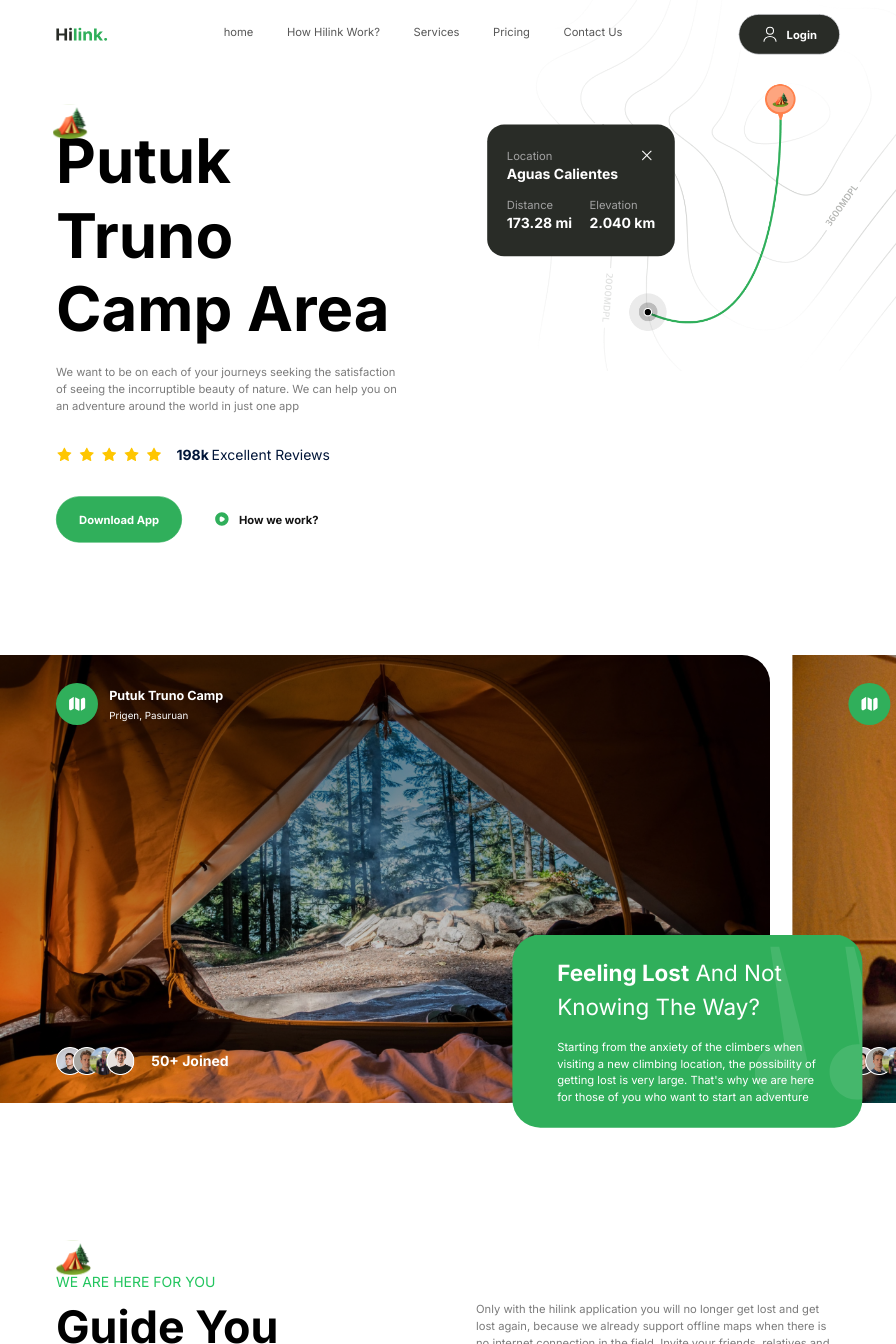
Repository: abdulrahmanmahmood/Travel-App
Page: /
The author's editor kept a copy of each file at every save. The page is drawn from the files as they stood at one save, then again after the next save.
The browser window is 1280 px wide. The pictures show the part of the page from y = 0 to 1920 px (the page is 4955 px tall), at 70% of full size.
The project was rebuilt for these pictures with package versions that can differ from the ones it lists, and the page was loaded fresh each time. The framework's server and built-in components were replaced by stand-ins that run in the browser. Also part of the build but not shown: next.config.js.

Above is the page before, as saved 2023-11-10 10:59:39.

After the next save:
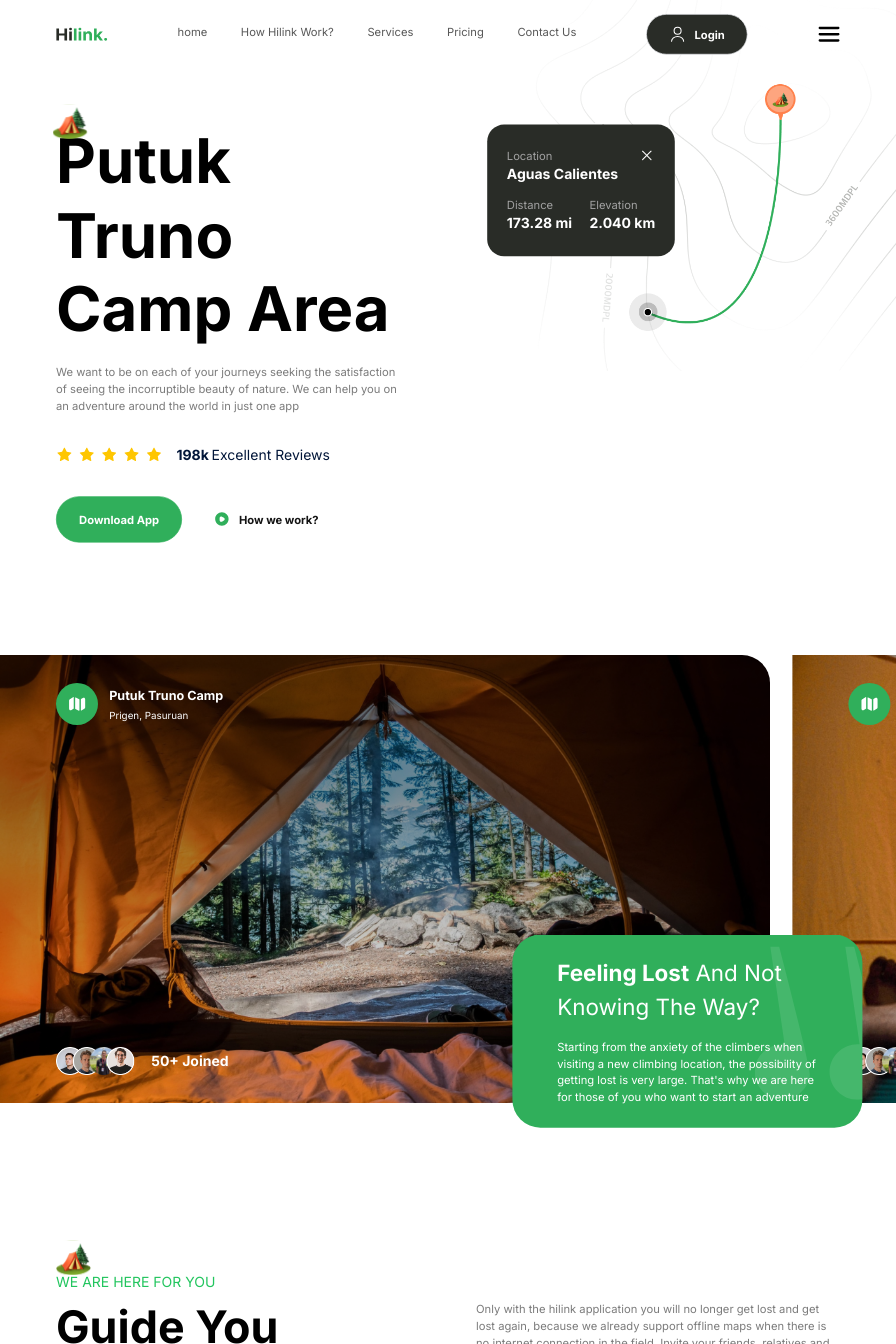
Saved 18 s later.
--- a/components/Navbar.tsx
+++ b/components/Navbar.tsx
@@ -4,7 +4,9 @@
 import Button from "./Button";
 
 const Navbar = () => {
-  const showtopNav = () => {};
+  const showtopNav=()=>{
+
+  }
   return (
     <nav
       className=" flexBetween max-container padding-container relative z-30
@@ -32,9 +34,15 @@
           variant="btn_dark_green"
         />
       </div>
-      <div className="inline-block cursor-pointer lg:hidden">
-        <Image src="/menu.svg" alt="menu" width={32} height={32} />
-      </div>
+  <div >
+  <Image
+        src="/menu.svg"
+        alt="menu"
+        width={32}
+        height={32}
+      />
+  </div>
+
     </nav>
   );
 };
